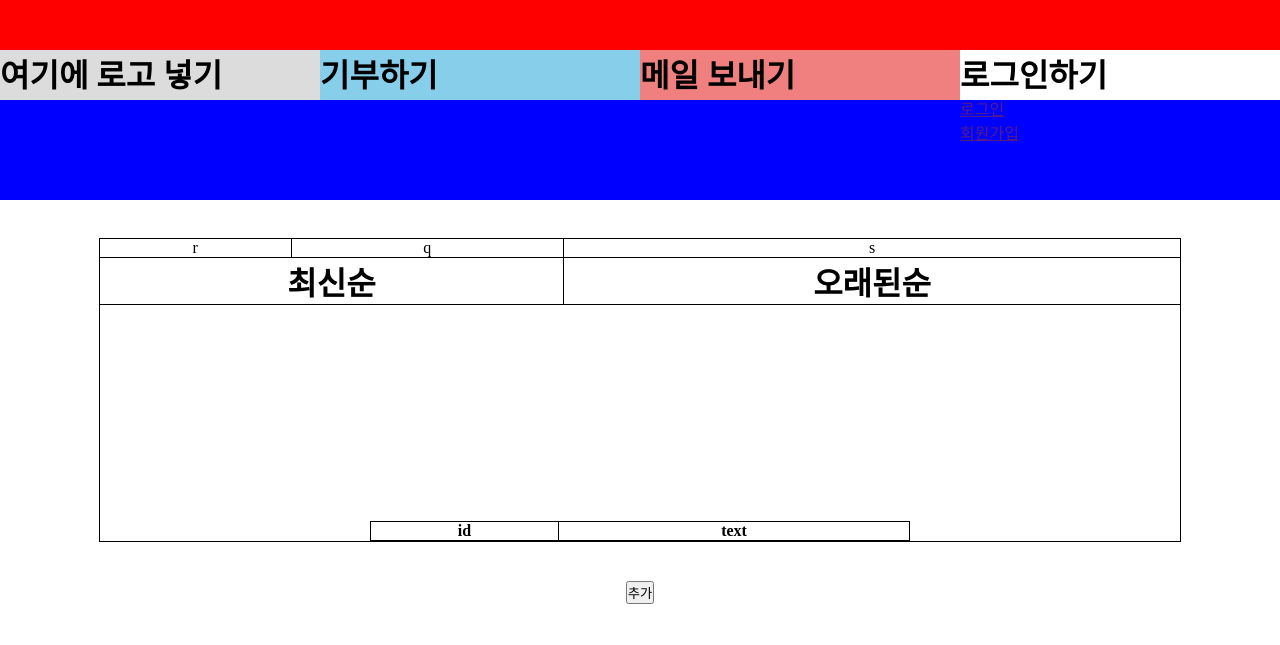
Repository: Yeojin0523/Survey
Page: http://localhost/Blog/Blog/list.jsp
An editor plug-in stored every save of this project. The page is shown before and after the next save, followed by the edit.
The browser window is 1280 px wide. The pictures show the whole page.
The page is served by Tomcat 9. Other server files are loaded and not shown. The template is opened directly, without the code that normally fills it, so the values that code supplies are empty.

Above is the page before, as saved 2024-07-29 05:29:29.

### Blog/src/main/webapp/Blog/list.jsp
<%@ page language="java" contentType="text/html; charset=UTF-8"
	pageEncoding="UTF-8"%>
<%@ page import="java.util.List"%>
<%@ page import="java.util.ArrayList"%>
<%@ page import="java.sql.DriverManager"%>
<%@ page import="java.sql.ResultSet"%>
<%@ page import="java.sql.PreparedStatement"%>
<%@ page import="java.sql.Connection"%>
<%@ page import="java.sql.SQLException"%>

<%
Connection conn = null;
PreparedStatement pstmt = null;
ResultSet rs = null;
%>

<!DOCTYPE html>
<html>
<head>
<meta charset="UTF-8">
<title>my blog</title>
<script src="list.js"></script>
<link rel="stylesheet" href="list.css">
</head>
<body>
	<div class="wrapper">
		<div class="wrap">
			<div class="top_gnb_area"></div>
			<div class="top_area">
				<div class="logo_area">
					<h1>여기에 로고 넣기</h1>
				</div>
				<div class="donate_area">
					<h1>기부하기</h1>
				</div>

				<div class="mail_area">
					<h1>메일 보내기</h1>
				</div>
				<div class="login_area">
					<h1>로그인하기</h1>
					<!-- 로그인 안한 상태 -->
					<c:if test="${memeber == null}">
						<div class="loginBtn">
							<a href="">로그인</a>
						</div>
						<span><a href="">회원가입</a></span>
					</c:if>
				</div>
			</div>
		</div>
	</div>




	<div class="frame">
		<table class="outer_table">
			<tr>
				<td>r</td>
				<td>q</td>
				<td>s</td>
			</tr>
			<tr class="list">
				<td colspan="2">
					<h1>최신순</h1>
				</td>
				<td>
					<h1>오래된순</h1>
				</td>
			</tr>
			<tr>
				<td colspan="3">
					<div class="content">
						<div class="donateList">
							<table class="inner_table">
								<tr>
									<th>id</th>
									<th>text</th>
								</tr>
								<%
								try {
									Class.forName("oracle.jdbc.driver.OracleDriver");
									conn = DriverManager.getConnection("jdbc:oracle:thin:@localhost:1521:XE", "c##systemid", "systempwd");
									String sql = "SELECT * FROM blog";
									pstmt = conn.prepareStatement(sql);
									rs = pstmt.executeQuery();

									while (rs.next()) {
										out.println("<tr>");
										out.println("<td>" + rs.getInt("seq") + "</td>");
										out.println("<td>" + rs.getString("text") + "</td>");
										out.println("</tr>");
									}
								} catch (Exception e) {
									e.printStackTrace();
								} finally {
									try {
										if (rs != null)
									rs.close();
										if (pstmt != null)
									pstmt.close();
										if (conn != null)
									conn.close();
									} catch (Exception e) {
										e.printStackTrace();
									}
								}
								%>
							</table>
						</div>
					</div>
				</td>
			</tr>
		</table>
	</div>


	<div class="button_area">
		<button id="insertBtn">추가</button>
	</div>
</body>
</html>

### Blog/src/main/webapp/Blog/list.js
/** list.js의 script file
 *
 */
document.addEventListener("DOMContentLoaded", function(){
	document.getElementById("insertBtn").addEventListener("click", function(){
		window.location.href="InsertForm.jsp";
	});
});

### Blog/src/main/webapp/Blog/list.css
@charset "UTF-8";
*{
	margin:0;
	padding:0;
}
/*화면 전체*/
.wrapper{
	width:100%;
}
/*content 랩*/
.content{
	width:1080px;
	margin:auto;
}
.top_gnb_area{
	width:100%;
	height:50px;
	background-color: red;
}
.top_area{
	width:100%;
	height:150px;
	background-color: blue;
	align-items: center;
}
.logo_area{
	width:25%;
	height:50px;
	background-color: gainsboro;
	float:left;
}
.donate_area{
	width:25%;
	height:50px;
	background-color: skyblue;
	float:left;
}
.mail_area{
	width:25%;
	height:50px;
	background-color: lightcoral;
	float:left;
}
.login_area{
	width:25%;
	height:50px;
	background-color: white;
	float:right;
}
table{
	margin-left:auto;
	margin-right:auto;
	text-align: center;
}
table, td, th{
	border-collapse: collapse;
	border:1px solid black;
}
.outer_table{
	margin-top:3%;
}
.inner_table{
	margin-top:20%;
	width:50%;
	height:50%;
}
.button_area{
	text-align: center;
	padding:3%;
}

After the next save:
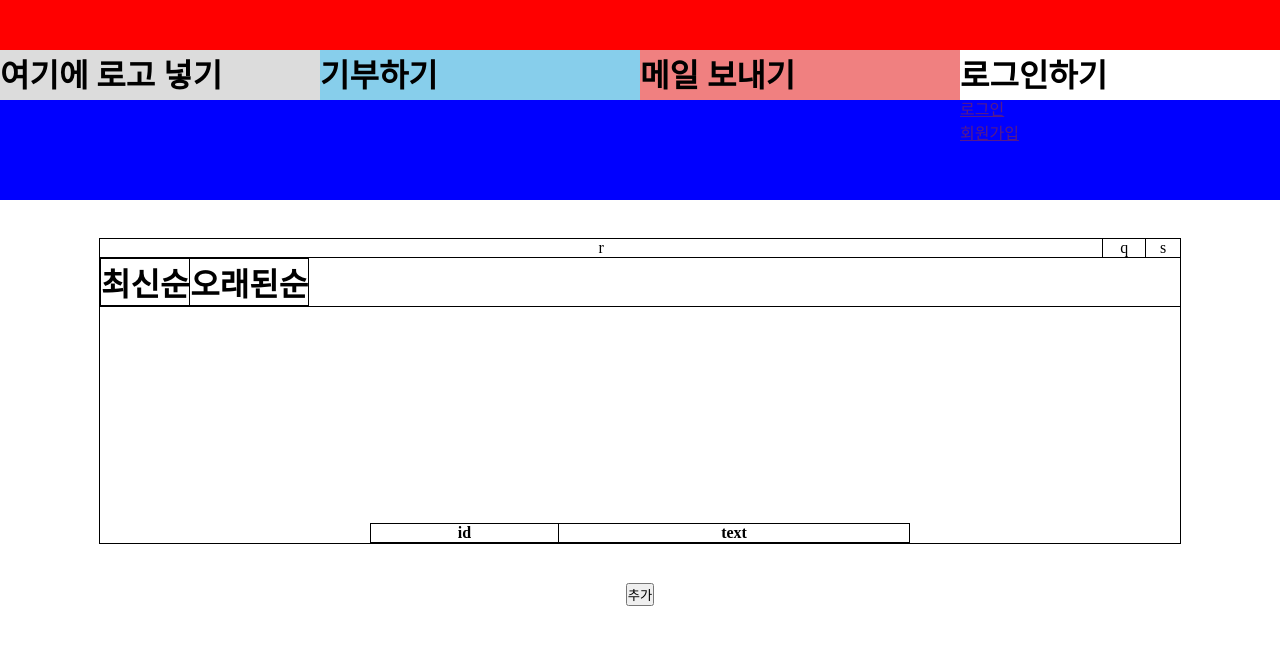
Saved 31 s later.
--- a/Blog/src/main/webapp/Blog/list.css
+++ b/Blog/src/main/webapp/Blog/list.css
@@ -68,3 +68,6 @@ table, td, th{
 	text-align: center;
 	padding:3%;
 }
+.list{
+	float:left;
+}
